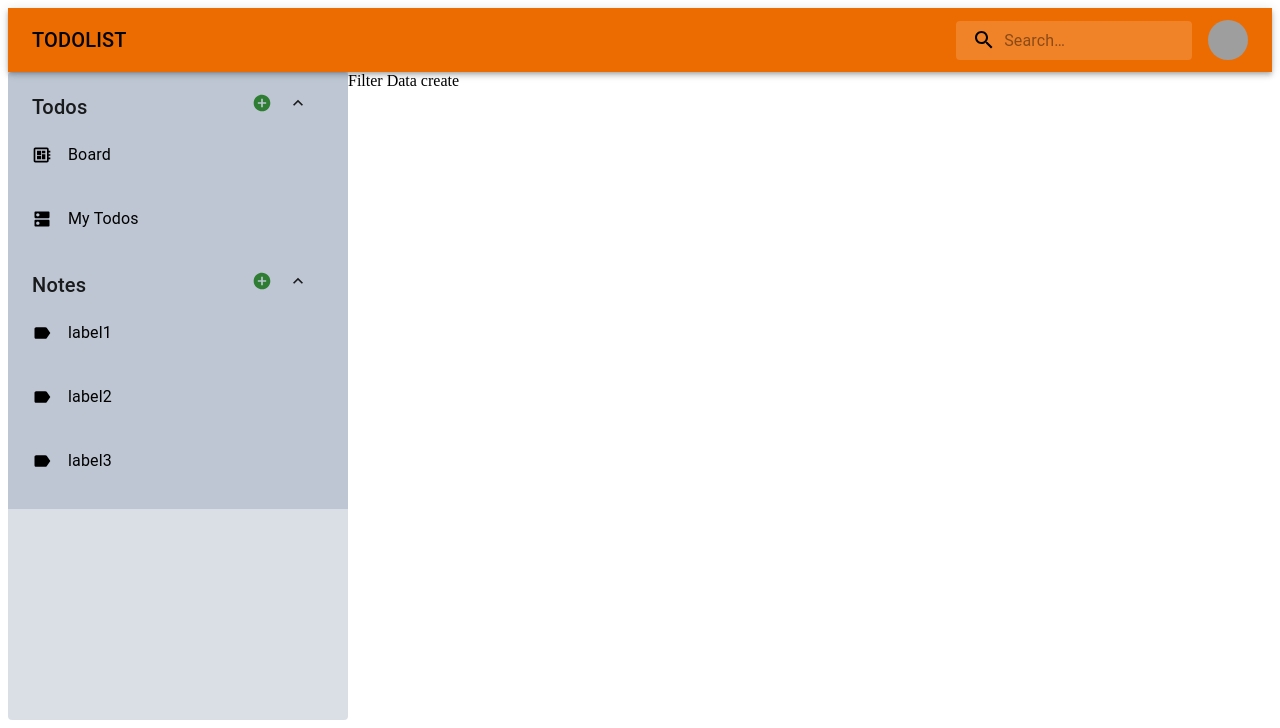
Repository: HrishrathTBS/Trackerbea
Page: / (app in client/)
The author's editor kept a copy of each file at every save. The page is drawn from the files as they stood at one save, then again after the next save.
The browser window is 1280 px wide. The pictures show the whole page.
Pictures or frames that could not be fetched are drawn as grey boxes. The project was rebuilt for these pictures with package versions that can differ from the ones it lists, and the page was loaded fresh each time. Also part of the build but not shown: client/src/components/TodoList.js, client/src/components/Board.js, client/src/components/ListOfBar.js, client/src/components/MyTodos.js, client/src/pages/Label/Label1.js, client/src/pages/Label/Label2.js, client/src/pages/Label/Label3.js.

Above is the page before, as saved 2022-03-10 11:01:51.

### client/public/index.html
<!DOCTYPE html>
<html lang="en">
  <head>
    <meta charset="utf-8" />
    <link rel="icon" href="%PUBLIC_URL%/favicon.ico" />
    <meta name="viewport" content="width=device-width, initial-scale=1" />
    <meta name="theme-color" content="#000000" />
    <meta
      name="description"
      content="Web site created using mernboilerplate"
    />
    <link rel="apple-touch-icon" href="%PUBLIC_URL%/logo192.png" />
    <!--
      manifest.json provides metadata used when your web app is installed on a
      user's mobile device or desktop. See https://developers.google.com/web/fundamentals/web-app-manifest/
    -->
    <link rel="manifest" href="%PUBLIC_URL%/manifest.json" />
    <!--
      Notice the use of %PUBLIC_URL% in the tags above.
      It will be replaced with the URL of the `public` folder during the build.
      Only files inside the `public` folder can be referenced from the HTML.

      Unlike "/favicon.ico" or "favicon.ico", "%PUBLIC_URL%/favicon.ico" will
      work correctly both with client-side routing and a non-root public URL.
      Learn how to configure a non-root public URL by running `npm run build`.
    -->
    <title>MERN App</title>
  </head>
  <body>
    <noscript>You need to enable JavaScript to run this app.</noscript>
    <div id="root"></div>
    <!--
      This HTML file is a template.
      If you open it directly in the browser, you will see an empty page.

      You can add webfonts, meta tags, or analytics to this file.
      The build step will place the bundled scripts into the <body> tag.

      To begin the development, run `npm start` or `yarn start`.
      To create a production bundle, use `npm run build` or `yarn build`.
    -->
  </body>
</html>

### client/src/App.js
import React from 'react';
import { BrowserRouter } from 'react-router-dom';
import AppRoutes from './UseRoutes';

const App = () => {
  return (
    <>
      <BrowserRouter>{<AppRoutes />}</BrowserRouter>
    </>
  );
};

export default App;

### client/src/UseRoutes.js
import React from 'react';
import { useRoutes } from 'react-router-dom';
import Board from './components/Board';
import Layout from './components/Layout';
import MyTodos from './components/MyTodos';
import Label1 from './pages/Label/Label1';
import Label2 from './pages/Label/Label2';
import Label3 from './pages/Label/Label3';
const AppRoutes = () => {
  return useRoutes([
    {
      path: '',
      element: <Layout />,
      children: [
        {
          path: 'board',
          element: <Board />,
        },
        {
          path: 'mytodos',
          element: <MyTodos />,
        },
        {
          path: 'label1',
          element: <Label1 />,
        },
        {
          path: 'label2',
          element: <Label2 />,
        },
        {
          path: 'label3',
          element: <Label3 />,
        },
      ],
    },
  ]);
};

export default AppRoutes;

### client/src/components/Layout.js
import React from 'react';
import { Outlet } from 'react-router-dom';
import Filter from './Filter';
import Header from './Header';
import SideBar from './SideBar';

const Layout = () => {
  return (
    <>
      <Header />
      <div style={{ display: 'flex' }}>
        <SideBar />
        <Filter />
        {<Outlet />}
      </div>
    </>
  );
};

export default Layout;

### client/src/components/Filter.js
import React from 'react';

const Filter = () => {
  return <div>Filter Data create</div>;
};

export default Filter;

### client/src/components/Header.js
import * as React from 'react';
import AppBar from '@mui/material/AppBar';
import Box from '@mui/material/Box';
import Toolbar from '@mui/material/Toolbar';
import IconButton from '@mui/material/IconButton';
import Typography from '@mui/material/Typography';
import Menu from '@mui/material/Menu';
import MenuIcon from '@mui/icons-material/Menu';
import Container from '@mui/material/Container';
import Avatar from '@mui/material/Avatar';
import Tooltip from '@mui/material/Tooltip';
import MenuItem from '@mui/material/MenuItem';
import SearchIcon from '@mui/icons-material/Search';
import { styled, alpha } from '@mui/material/styles';
import { InputBase } from '@mui/material';

const pages = ['Header'];
const settings = ['Profile', 'Account', 'Dashboard', 'Logout'];

const Search = styled('div')(({ theme }) => ({
  position: 'relative',
  borderRadius: theme.shape.borderRadius,
  backgroundColor: alpha(theme.palette.common.white, 0.15),
  '&:hover': {
    backgroundColor: alpha(theme.palette.common.white, 0.25),
  },
  marginRight: theme.spacing(2),
  marginLeft: 0,
  width: '100%',
  [theme.breakpoints.up('sm')]: {
    marginLeft: theme.spacing(3),
    width: 'auto',
  },
}));
const SearchIconWrapper = styled('div')(({ theme }) => ({
  padding: theme.spacing(0, 2),
  height: '100%',
  position: 'absolute',
  pointerEvents: 'none',
  color: 'black',
  display: 'flex',
  alignItems: 'center',
  justifyContent: 'center',
}));
const StyledInputBase = styled(InputBase)(({ theme }) => ({
  color: 'black',
  '& .MuiInputBase-input': {
    padding: theme.spacing(1, 1, 1, 0),
    paddingLeft: `calc(1em + ${theme.spacing(4)})`,
    transition: theme.transitions.create('width'),
    width: '100%',
    [theme.breakpoints.up('md')]: {
      width: '20ch',
    },
  },
}));

const Header = () => {
  const [anchorElNav, setAnchorElNav] = React.useState(null);
  const [anchorElUser, setAnchorElUser] = React.useState(null);

  const handleOpenNavMenu = (event) => {
    setAnchorElNav(event.currentTarget);
  };
  const handleOpenUserMenu = (event) => {
    setAnchorElUser(event.currentTarget);
  };

  const handleCloseNavMenu = () => {
    setAnchorElNav(null);
  };

  const handleCloseUserMenu = () => {
    setAnchorElUser(null);
  };

  return (
    <AppBar position='static' color='warning'>
      <Container maxWidth='xl'>
        <Toolbar disableGutters>
          <Typography variant='h6' noWrap component='div' sx={{ mr: 2, display: { xs: 'none', md: 'flex', color: 'black' } }}>
            TODOLIST
          </Typography>
          <Box sx={{ flexGrow: 1, display: { xs: 'flex', md: 'none' } }}>
            <IconButton size='large' aria-label='account of current user' aria-controls='menu-appbar' aria-haspopup='true' onClick={handleOpenNavMenu} color='inherit'>
              <MenuIcon />
            </IconButton>
            <Menu
              id='menu-appbar'
              anchorEl={anchorElNav}
              anchorOrigin={{
                vertical: 'bottom',
                horizontal: 'left',
              }}
              keepMounted
              transformOrigin={{
                vertical: 'top',
                horizontal: 'left',
              }}
              open={Boolean(anchorElNav)}
              onClose={handleCloseNavMenu}
              sx={{
                display: { xs: 'block', md: 'none' },
              }}
            >
              {pages.map((page) => (
                <MenuItem key={page} onClick={handleCloseNavMenu}>
                  <Typography textAlign='center'>{page}</Typography>
                </MenuItem>
              ))}
            </Menu>
          </Box>

          <Typography variant='h6' noWrap component='div' sx={{ flexGrow: 1, display: { xs: 'flex', md: 'none' } }}>
            TODOLIST
          </Typography>
          <Box sx={{ flexGrow: 1, display: { xs: 'none', md: 'flex' } }}></Box>
          <Search>
            <SearchIconWrapper>
              <SearchIcon />
            </SearchIconWrapper>
            <StyledInputBase placeholder='Search…' inputProps={{ 'aria-label': 'search' }} />
          </Search>
          <Box sx={{ flexGrow: 0 }}>
            <Tooltip title='Open settings'>
              <IconButton onClick={handleOpenUserMenu} sx={{ p: 0 }}>
                <Avatar alt='Remy Sharp' src='/static/images/avatar/2.jpg' />
              </IconButton>
            </Tooltip>
            <Menu
              sx={{ mt: '45px' }}
              id='menu-appbar'
              anchorEl={anchorElUser}
              anchorOrigin={{
                vertical: 'top',
                horizontal: 'right',
              }}
              keepMounted
              transformOrigin={{
                vertical: 'top',
                horizontal: 'right',
              }}
              open={Boolean(anchorElUser)}
              onClose={handleCloseUserMenu}
            >
              {settings.map((setting) => (
                <MenuItem key={setting} onClick={handleCloseUserMenu}>
                  <Typography textAlign='center'>{setting}</Typography>
                </MenuItem>
              ))}
            </Menu>
          </Box>
        </Toolbar>
      </Container>
    </AppBar>
  );
};
export default Header;

### client/src/components/SideBar.js
import * as React from 'react';
import Box from '@mui/material/Box';
import { styled, ThemeProvider, createTheme } from '@mui/material/styles';
import Divider from '@mui/material/Divider';
import List from '@mui/material/List';
import Paper from '@mui/material/Paper';
import ListItem from './ListItem';
import People from '@mui/icons-material/People';
import Dns from '@mui/icons-material/Dns';
import LabelIcon from '@mui/icons-material/Label';
import DeveloperBoardIcon from '@mui/icons-material/DeveloperBoard';
const FireNav = styled(List)({
  '& .MuiListItemButton-root': {
    paddingLeft: 24,
    paddingRight: 24,
  },
  '& .MuiListItemIcon-root': {
    minWidth: 0,
    marginRight: 16,
  },
  '& .MuiSvgIcon-root': {
    fontSize: 20,
  },
});

export default function CustomizedList() {
  const [open, setOpen] = React.useState(true);

  const DataItem = [
    {
      label: 'Todos',
      data: [
        { icon: <DeveloperBoardIcon />, label: 'Board', link: '/board' },
        { icon: <Dns />, label: 'My Todos ', link: '/mytodos' },
      ],
    },
    {
      label: 'Notes',
      data: [
        { icon: <LabelIcon />, label: 'label1', link: '/label1' },
        { icon: <LabelIcon />, label: 'label2 ', link: '/label2' },
        { icon: <LabelIcon />, label: 'label3 ', link: '/label3' },
      ],
    },
  ];

  return (
    <Box sx={{ display: 'flex', height: '90vh' }}>
      <ThemeProvider
        theme={createTheme({
          components: {
            MuiListItemButton: {
              defaultProps: {
                disableTouchRipple: true,
              },
            },
          },
          palette: {
            background: { paper: 'rgba(71, 98, 130, 0.2)' },
          },
        })}
      >
        <Paper elevation={0} sx={{ maxWidth: 370 }}>
          <FireNav component='nav' disablePadding>
            <Divider />
            <Box
              sx={{
                bgcolor: open ? 'rgba(71, 98, 130, 0.2)' : null,
                pb: open ? 2 : 0,
              }}
            >
              {DataItem.map(({ data, label }) => (
                <ListItem data={data} label={label} />
              ))}
            </Box>
          </FireNav>
        </Paper>
      </ThemeProvider>
    </Box>
  );
}

### client/src/components/ListItem.js
import { Box, ListItemIcon, ListItemText } from '@mui/material';
import ListItemButton from '@mui/material/ListItemButton';
import AddCircleIcon from '@mui/icons-material/AddCircle';
import KeyboardArrowDown from '@mui/icons-material/KeyboardArrowDown';
import React from 'react';

const ListItem = ({ data, label }) => {
  const [open, setOpen] = React.useState(true);
  return (
    <>
      <ListItemButton
        alignItems='flex-start'
        sx={{
          px: 3,
          pt: 2.5,
          pb: open ? 0 : 2.5,
          '&:hover, &:focus': { '& svg': { opacity: open ? 1 : 1 } },
        }}
      >
        <ListItemText
          primary={label}
          primaryTypographyProps={{
            fontSize: 20,
            width: '220px',
            fontWeight: 'medium',
            lineHeight: '20px',
            mb: '2px',
          }}
        />
        <AddCircleIcon color='success' />
        <KeyboardArrowDown
          onClick={() => setOpen(!open)}
          sx={{
            opacity: 1,
            px: 2,
            transform: open ? 'rotate(-180deg)' : 'rotate(0)',
            transition: '0.5s',
          }}
        />
      </ListItemButton>
      <Box>
        {open &&
          data &&
          data.map((item) => (
            <ListItemButton key={item.label} sx={{ py: 2, minHeight: 32, color: 'rgba(0,0,0,1)', justifyContent: 'flex-start' }}>
              <ListItemIcon sx={{ color: 'inherit' }}>{item.icon}</ListItemIcon>
              <ListItemText>
                <a href={item.link} style={{ textDecoration: 'none', color: 'black' }}>
                  {item.label}
                </a>
              </ListItemText>
            </ListItemButton>
          ))}
      </Box>
    </>
  );
};
export default ListItem;

Loaded but not shown: client/src/index.js (common file)

After the next save:
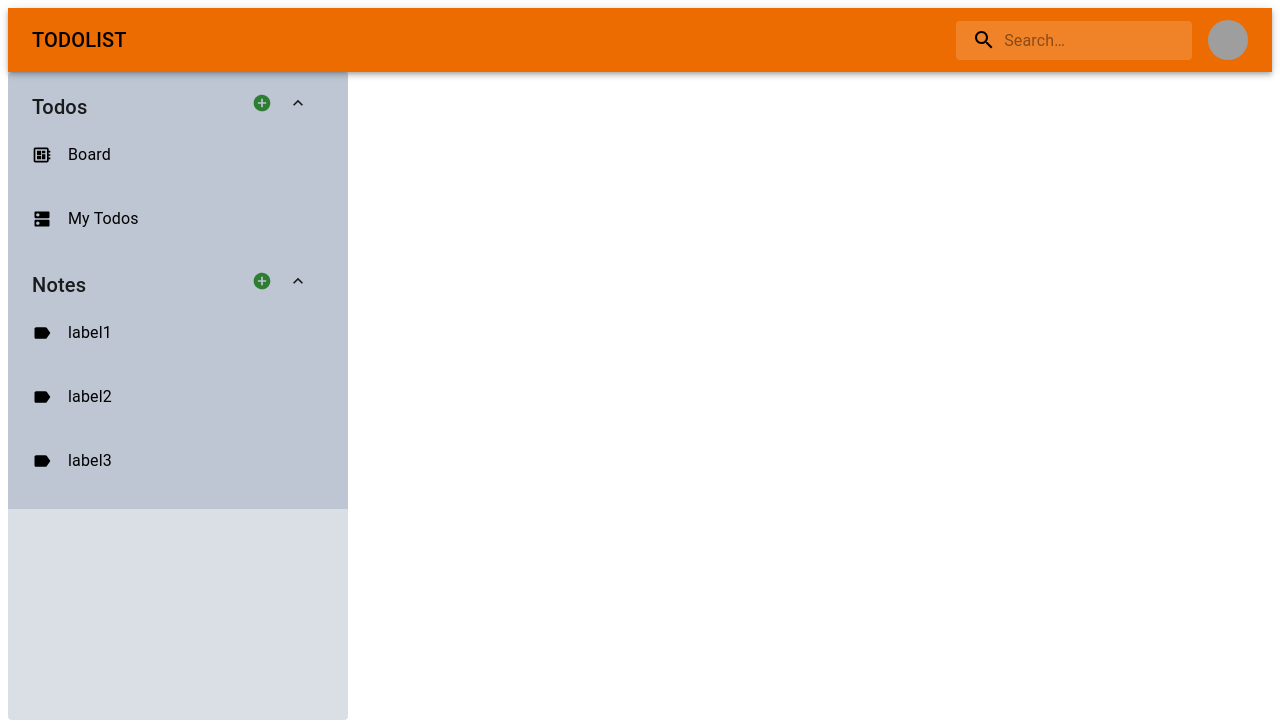
Saved 18 s later.
--- a/client/src/components/Filter.js
+++ b/client/src/components/Filter.js
@@ -1,7 +1,7 @@
 import React from 'react';
 
 const Filter = () => {
-  return <div>Filter Data create</div>;
+  return <div></div>;
 };
 
 export default Filter;
